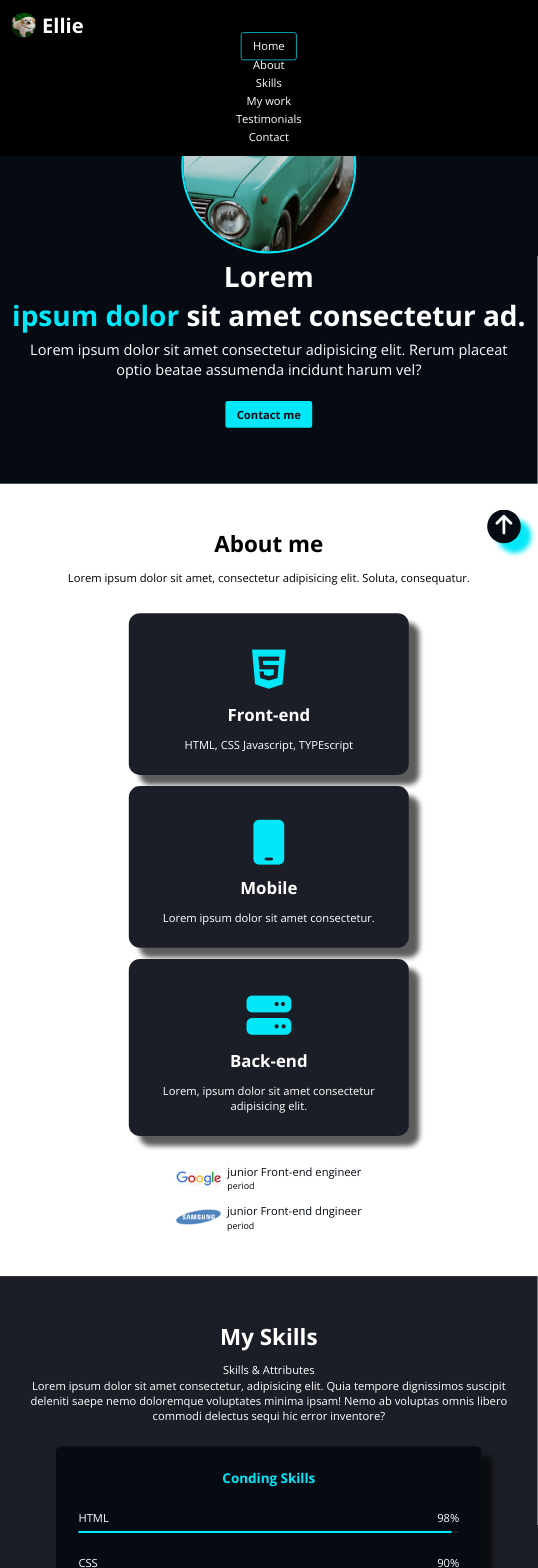
Repository: Arden-Sol/portfolio-website-clone-coding
Page: index.html
An editor plug-in stored every save of this project. The page is shown before and after the next save, followed by the edit.
The browser window is 768 px wide. The pictures show the part of the page from y = 0 to 2240 px (the page is 6133 px tall), at 70% of full size.
Some web libraries are served in a nearby version.

Above is the page before, as saved 2024-03-27 02:44:08.

### index.html
<!DOCTYPE html>
<html lang="en">

<head>
  <meta charset="UTF-8">
  <meta name="viewport" content="width=device-width, initial-scale=1.0">
  <!-- SEO -->
  <title>Arden&#39;s portfolio</title>
  <meta name="description" content="포트폴리오 연습장" />
  <meta name="author" content="arden">
  <link rel="shortcut icon" href="image/favicon.jpg" type="image/x-icon">
  <!-- OG (Open Graph Data) -->
  <meta property="og:title" content="포트폴리오">
  <meta property="og:type" content="website">
  <meta property="og:url" content="배포후 생성된 URL">
  <meta property="og:image" content="배포후 생성된 이미지 URL">
  <!-- Goole Font -->
  <link rel="preconnect" href="https://fonts.googleapis.com">
  <link rel="preconnect" href="https://fonts.gstatic.com" crossorigin>
  <link href="https://fonts.googleapis.com/css2?family=Open+Sans:ital,wght@0,300..800;1,300..800&display=swap"
    rel="stylesheet">
  <!-- Font Awesome -->
  <script src="https://kit.fontawesome.com/4dc9c1b526.js" crossorigin="anonymous"></script>
  <!-- CSS -->
  <link rel="stylesheet" href="css/style.css">
  <!-- Javascript -->
  <script src="src/main.js" defer></script>
</head>

<body>
  <!-- Header -->
  <header class="header">
    <div class="header__logo">
      <img class="header__logo__img" src="image/favicon.jpg" alt="">
      <h1 class="header__logo__title"><a href="#">Ellie</a></h1>
    </div>
    <nav class="header__nav">
      <ul class="header__menu">
        <li><a class="header__menu__item active" href="#home">Home</a></li>
        <li><a class="header__menu__item" href="#about">About</a></li>
        <li><a class="header__menu__item" href="#skills">Skills</a></li>
        <li><a class="header__menu__item" href="#work">My work</a></li>
        <li><a class="header__menu__item" href="#testimonial">Testimonials</a></li>
        <li><a class="header__menu__item" href="#contact">Contact</a></li>
      </ul>
    </nav>
  </header>
  <!-- Main -->
  <main>
    <!-- Home -->
    <section id="home" class="section">
      <img class="home__avatar" src="image/picture.jpg" alt="picture">
      <h2 class="home__title">Lorem <br> <strong class="home__title--strong">ipsum dolor</strong> sit amet consectetur
        ad.</h2>
      <p class="home__description">Lorem ipsum dolor sit amet consectetur adipisicing elit. Rerum placeat optio beatae
        assumenda incidunt harum
        vel?</p>
      <a class="home__contact" href="#contact">Contact me</a>
    </section>
    <!-- About -->
    <section id="about" class="section max-container">
      <h2 class="title">About me</h2>
      <p class="description">Lorem ipsum dolor sit amet, consectetur adipisicing elit. Soluta, consequatur.</p>
      <ul class="majors">
        <li class="major">
          <i class="fa-brands fa-html5 major__icon"></i>
          <p class="major__title">Front-end</p>
          <p>HTML, CSS Javascript, TYPEscript</p>
        </li>
        <li class="major">
          <i class="fa-solid fa-mobile major__icon"></i>
          <p class="major__title">Mobile</p>
          <p>Lorem ipsum dolor sit amet consectetur.</p>
        </li>
        <li class="major">
          <i class="fa-solid fa-server major__icon"></i>
          <p class="major__title">Back-end</p>
          <p>Lorem, ipsum dolor sit amet consectetur adipisicing elit.</p>
        </li>
      </ul>
      <ul class="jobs">
        <li class="job"><img src="image/jobs/google.png" alt="google">
          <div>
            <p class="job__name">junior Front-end engineer</p>
            <p class="job__period">period</p>
          </div>
        </li>
        <li class="job"><img src="image/jobs/samsung.png" alt="samsung">
          <div>
            <p class="job__name">
              junior Front-end dngineer
            </p>
            <p class="job__period">period</p>
          </div>
        </li>
      </ul>
    </section>
    <!-- Skills -->
    <section id="skills" class="section">
      <div class="max-container">
        <h2 class="title">My Skills</h2>
        <p class="description">Skills & Attributes</p>
        <p>Lorem ipsum dolor sit amet consectetur, adipisicing elit. Quia tempore dignissimos suscipit deleniti saepe
          nemo
          doloremque voluptates minima ipsam! Nemo ab voluptas omnis libero commodi delectus sequi hic error inventore?
        </p>
        <div class="skills">
          <section class="skills__coding">
            <h3 class="skills__title">Conding Skills</h3>
            <ul>
              <li class="bar">
                <div class="bar__metadata"><span>HTML</span><span>98%</span></div>
                <div class="bar__bg">
                  <div class="bar__value" style="width: 98%"></div>
                </div>
              </li>
              <li class="bar">
                <div class="bar__metadata"><span>CSS</span><span>90%</span></div>
                <div class="bar__bg">
                  <div class="bar__value" style="width: 20%"></div>
                </div>
              </li>
              <li class="bar">
                <div class="bar__metadata"><span>Javascript</span><span>90%</span></div>
                <div class="bar__bg">
                  <div class="bar__value" style="width: 98%"></div>
                </div>
              </li>
              <li class="bar">
                <div class="bar__metadata"><span>TYPEscript</span><span>80%</span></div>
                <div class="bar__bg">
                  <div class="bar__value" style="width: 98%"></div>
                </div>
              </li>
              <li class="bar">
                <div class="bar__metadata"><span>NodeJs</span><span>78%</span></div>
                <div class="bar__bg">
                  <div class="bar__value" style="width: 98%"></div>
                </div>
              </li>
              <li class="bar">
                <div class="bar__metadata"><span>React</span><span>68%</span></div>
                <div class="bar__bg">
                  <div class="bar__value" style="width: 98%"></div>
                </div>
              </li>
            </ul>
          </section>
          <section class="skills__tools">
            <h3 class="skills__title">Tools</h3>
            <ul>
              <li>Visual Studio Code</li>
              <li>IntelliJ</li>
              <li>Android Studio Code</li>
              <li>iOS dvelopment toos</li>
              <li>Sketch app</li>
            </ul>
          </section>
          <section class="skills__etc">
            <h3 class="skills__title">Etc</h3>
            <ul>
              <li>Git</li>
              <li>Scurm Master</li>
              <li>Math</li>
            </ul>
          </section>
        </div>
      </div>
    </section>
    <!-- Work -->
    <section id="work" class="section">
      <div class="max-container">
        <h2 class="title">My work</h2>
        <p class="description">Projects</p>
        <ul class="categories">
          <li><button class="category category--selected">All <span class="category__count">8</span></button></li>
          <li><button class="category">Front-end <span class="category__count">3</span></button></li>
          <li><button class="category">Back-end <span class="category__count">3</span></button></li>
          <li><button class="category">Mobile <span class="category__count">2</span></button></li>
        </ul>
        <ul class="projects">
          <li class="project">
            <a href="#" target="_blank">
              <img src="image/projects/project1.webp" alt="project8" class="project__img">
              <div class="project__metadata">
                <h3 class="project__title">Project #1</h3>
                <p>Clone Coding with HTML, CSS</p>
              </div>
            </a>
          </li>
          <li class="project"><a href="#" target="_blank"><img src="image/projects/project1.webp" alt="project1"
                class="project__img">
              <div class="project__metadata">
                <h3 class="project__title">Project #1</h3>
                <p>Clone Coding with HTML, CSS</p>
              </div>
            </a></li>
          <li class="project"><a href="#" target="_blank"><img src="image/projects/project2.webp" alt="project2"
                class="project__img">
              <div class="project__metadata">
                <h3 class="project__title">Project #2</h3>
                <p>Clone Coding with HTML, CSS</p>
              </div>
            </a></li>
          <li class="project"><a href="#" target="_blank"><img src="image/projects/project3.webp" alt="project3"
                class="project__img">
              <div class="project__metadata">
                <h3 class="project__title">Project #3</h3>
                <p>Clone Coding with HTML, CSS</p>
              </div>
            </a></li>
          <li class="project"><a href="#" target="_blank"><img src="image/projects/project4.webp" alt="project4"
                class="project__img">
              <div class="project__metadata">
                <h3 class="project__title">Project #4</h3>
                <p>Clone Coding with HTML, CSS</p>
              </div>
            </a></li>
          <li class="project"><a href="#" target="_blank"><img src="image/projects/project5.webp" alt="project5"
                class="project__img">
              <div class="project__metadata">
                <h3 class="project__title">Project #5</h3>
                <p>Clone Coding with HTML, CSS</p>
              </div>
            </a></li>
          <li class="project"><a href="#" target="_blank"><img src="image/projects/project6.webp" alt="project6"
                class="project__img">
              <div class="project__metadata">
                <h3 class="project__title">Project #6</h3>
                <p>Clone Coding with HTML, CSS</p>
              </div>
            </a></li>
          <li class="project"><a href="#" target="_blank"><img src="image/projects/project7.webp" alt="project7"
                class="project__img">
              <div class="project__metadata">
                <h3 class="project__title">Project #7</h3>
                <p>Clone Coding with HTML, CSS</p>
              </div>
            </a></li>
        </ul>
      </div>
    </section>
    <!-- Testimonials -->
    <section id="testimonial" class="section max-container">
      <h2 class="title">Testimonial</h2>
      <p class="description">See what they say about me</p>
      <ul class="testimonials">
        <li class="testimonial"><img class="testimonial__img" src="image/testimonials/people1.webp" alt="people1">
          <div class="testimonial__bubble">
            <p>Lorem ipsum dolor sit amet consectetur adipisicing elit. Veniam ab quasi totam excepturi iure enim iusto
              facilis ut odio facere quaerat, sapiente nesciunt eveniet magnam porro, officiis molestiae, et nobis!</p>
            <p><a class="testimonial__bubble__name" href="#">James Kim</a> /Google</p>
          </div>
        </li>
        <li class="testimonial"><img class="testimonial__img" src="image/testimonials/people2.webp" alt="people2">
          <div class="testimonial__bubble">
            <p>Lorem ipsum dolor sit amet consectetur, adipisicing elit. Deleniti est neque ipsum distinctio accusamus
              expedita molestiae mollitia animi odio quam minus a atque exercitationem quidem nisi, dolores vel quisquam
              ipsa.</p>
            <p><a class="testimonial__bubble__name" href="#">Anna Jin </a>/Samsung</p>
          </div>
        </li>
        <li class="testimonial">
          <img class="testimonial__img" src="image/testimonials/people3.webp" alt="people3">
          <div class="testimonial__bubble">
            <p>Lorem ipsum dolor sit amet consectetur adipisicing elit. Aut rerum quam quae impedit esse atque laborum
              accusantium maxime repudiandae assumenda, perferendis beatae repellat at? Nam, soluta assumenda. Veniam,
              odit possimus?</p>
            <p><a class="testimonial__bubble__name" href="#">Anna Jin </a>/Samsung</p>
          </div>
        </li>
      </ul>
    </section>
    <!-- Arrow up -->
    <aside>
      <a class="arrow-up" href="#home" title="back to top">
        <i class="fa-solid fa-arrow-up"></i></a>
    </aside>
  </main>
  <!-- Footer -->
  <footer id="contact" class="section">
    <div class="max-container">
      <h2 class="title">Let&#39;s talk</h2>
      <p class="description">highhigh222@naver.com</p>
      <ul class="contact__links">
        <li>
          <a class="contact__link" href="#" title="arden github link" target="_blank">
            <i class="fa-brands fa-github"></i>
          </a>
        </li>
        <li>
          <a class="contact__link" href="#" title="arden linkedin link" target="_blank">
            <i class="fa-brands fa-linkedin"></i>
          </a>
        </li>
      </ul>
      <p>Dream Coding ellie - All right reserved</p>
    </div>
  </footer>


</body>

</html>

### css/style.css
/* Global */
:root {
/* App Colors */
--color-primary: var(--color-black);
--color-primary-variant: var(--color-gray);
--color-accent: var(--color-blue);
--color-accent-variant: var(--color-orange);
--color-text: var(--color-white);

  /* Colors */
--color-white: #ffffff;
--color-black: #050a13;
--color-blue: #03e8f9;
--color-orange: #fd6413;
--color-gray: #1b1e26;

/* Size */
--size-max-width: 1200px;
}

*{
  box-sizing: border-box;
}

body {
  margin : 0;
  font-family: 'Open Sans', sans-serif;
}

h1, h2, h3,p,ul {
  margin : 0;

}

ul{
  list-style: none;
  padding: 0;
}
a {
  text-decoration: none;
  color : var(--color-text);
}

button {
  background-color: transparent;
  outline: 0;
  border : 0;
}

button:hover {
  outline: 1px solid var(--color-accent);
}

/* Common */
.section {
  padding: 4rem;
  text-align: center;
}
.title {
  font-size: 2.5;
  margin: 1rem 0;
}
.description {
  font-size: 1.5rem;
}
.max-container {
  max-width: var(--size-max-width);
  margin: auto;
}

/* Header */
.header{
  position:fixed;
  top:0;
  width: 100%;
  display: flex;
  justify-content: space-between;
  align-items: center;
  padding: 1rem;
  background-color: black;
  z-index: 1;
  /* 새롭게 배운 것 */
}
.header__logo {
  display: flex;
  align-items: center;
  gap:8px;
}
.header__logo__img {
  width: 36px;
  height: 36px;
  border-radius: 100%;
}
.header__logo__title {
  font-size: 1.8rem;
}
.header__menu {
  display: flex;
  gap:4px
}
.header__menu__item {
  padding: 8px 16px;
}
.header__menu__item:hover {
  border-bottom:1px solid var(--color-accent)
}
.header__menu__item.active {
  border:1px solid var(--color-accent);
  border-radius: 4px;
}
/* Home */
#home{
  background-color: var(--color-primary);
  color: var(--color-text);
  padding : 5rem 1rem;
  padding-top: 7rem;
  text-align: center;
}
.home__avatar{
  width: 250px;
  height: 250px;
  object-fit:cover;
  border-radius: 100%;
  border:3px solid var(--color-accent);
}
.home__title {
  font-size: 3rem;
  margin-bottom: 1rem;
}
.home__title--strong{
  color: var(--color-accent);
}
.home__description {
  font-size: 1.3rem;
}
.home__contact{
  display: inline-block;
  background-color: var(--color-accent);
  color:var(--color-black);
  padding : 0.5rem 1rem;
  margin: 2rem;
  font-weight: bold;
  border-radius: 4px;
}
.home__contact:hover{
  background-color: transparent;
  color: var(--color-text);
  outline: 2px solid var(--color-accent);
}
/* About me */
.majors{
  display: flex;
  justify-content: space-between;
  gap:1rem;
  margin: 2.5rem 0;
}
.major {
  background-color: var(--color-primary-variant);
  padding: 2rem 1rem;
  width: 30%;
  color: var(--color-text);
  border-radius: 1rem;
  cursor: default;
  box-shadow: 15px 14px 8px 0px rgba(0,0,0,0.64);
}
.major__icon{
  font-size: 4rem;
  margin: 1rem 0;
  color: var(--color-accent);
  transition: all 300ms ease;
}
.major__title{
  font-size: 1.5rem;
  font-weight: bold;
  margin-bottom:1rem;
}
.major:hover .major__icon{
  transform: rotate(-15deg) scale(1.2);
}
.jobs{
  text-align: start;
}
.job {
  display: flex;
  align-items: center;
  gap:8px;
  margin-bottom: 1rem;
}
.job__name {
  color: var(--color-primary);
}
.job__period  {
  color: var(--color-primary);
  font-size: 0.8rem;
}

/* Skills */
#skills {
  background-color: var(--color-primary-variant);
  color: var(--color-text);
}
.skills{
  display: grid;
  grid-template-columns: 6fr 4fr;
  margin: 2rem 3rem;
  border-radius: 8px;
  overflow: hidden;
  box-shadow: 15px 14px 8px 0px rgba(0,0,0,0.64);
}
.skills__title {
  color: var(--color-accent);
  margin: 1rem 0;
  font-size: 1.2rem;
}

.skills__coding{
  background-color: var(--color-primary);
  grid-row: span 2;
  padding: 1rem;
}
.skills__tools{
padding: 1rem;
}
.skills__etc{
  background-color: var(--color-primary);
  padding: 1rem;
  filter: brightness(150%);
}
.bar {
  display: flex;
  flex-direction: column;
  padding: 1rem;
  gap: 0.5rem;
}
.bar__metadata{
  display: flex;
  justify-content: space-between;
}
.bar__bg{
  width: 100%;
  height: 3px;
  background-color: var(--color-primary-variant);
}
.bar__value{
  height: 3px;
  background-color: var(--color-accent);
}

/* Word */
#work{
  background-color: var(--color-primary);
  color: var(--color-text);
}
.categories{
  display: flex;
  justify-content: center;
  margin: 2.5rem;
  gap: 1rem;
}
.category{
  position: relative;
  color: var(--color-text);
  font-size: 1.1rem;
  padding: 0.5rem 3rem;
  border-radius: 4px;
  border: 1px solid var(--color-accent);
  cursor: pointer;
  white-space: nowrap;
  /* 새롭게 배운 것 */
}
.category--selected {
  background-color: var(--color-accent);
  color: var(--color-primary);
}
.category__count{
  opacity: 0;
  position: absolute;
  top: -20px;
  right: 16px;
  width: 28px;
  height: 28px;
  line-height: 28px;
  border-radius: 100%;
  background-color: var(--color-accent-variant);
  color: var(--color-text);
  transition: all 250ms ease-in;
}
.category--selected .category__count,
.category:hover .category__count{
  opacity: 1;
  top: 0;
}

.projects {
  display: grid;
  grid-template-columns: repeat(4, 1fr);
  grid-template-rows: repeat(2, 1fr);
  gap: 1rem;
}
.project{
  position: relative;
  border-radius: 8px;
  overflow: hidden;
}
.project__img{
  width: 100%;
}
.project__metadata{
  position: absolute;
  top: 0;
  right: 0;
  width: 100%;
  height: 100%;
  background-color: var(--color-black);
  opacity: 0;
  display: flex;
  flex-direction: column;
  justify-content: center;
  align-items: center;
  transition: all 250ms ease-in;
  transform: translateY(-10px);
}
.project__metadata:hover {
  opacity: 0.8;
  transform: translateY(0px);
}
.project__title:after {
  content:'';
  display: block;
  position: relative;
  left: 50%;
  width: 50px;
  height: 2px;
  background-color: var(--color-accent);
  transform: translateX(-50%);
  margin: 0.5rem 0;
  /* 꾸미기용 가상요소 */
}

/* Testimonial */
.testimonials {
  margin: 3rem;

}
.testimonial{
  display: flex;
  gap:2rem;
  margin-bottom: 2rem;
  align-items: center;
}
.testimonial:nth-child(even) .testimonial__img{
  order:1;
}
.testimonial__img{
  width: 150px;
  height: 150px;
  border-radius: 100%;
  box-shadow: 15px 14px 8px 0px rgba(0,0,0,0.64);
}
.testimonial__bubble{
  box-shadow: 15px 14px 8px 0px rgba(0,0,0,0.64);
  padding: 1rem;
  border-radius: 8px;
}
.testimonial__bubble__name{
  color: var(--color-accent);
  font-weight: bold;
  filter: brightness(70%);
}

/* Arrow up */
.arrow-up{
  background-color: var(--color-primary);
  position: fixed;
  bottom: 3rem;
  right: 3rem;
  font-size: 3rem;
  width: 4.5rem;
  height: 4.5rem;
  border-radius: 100%;
  text-align: center;
  box-shadow: 15px 14px 8px 0px var(--color-accent);
}

/* Footer */
#contact{
  background-color: var(--color-primary);
  color: var(--color-text);
}
.contact__links {
  display: flex;
  justify-content: center;
  gap: 1rem;
  padding: 1rem;
  font-size: 2rem;
}
.contact__link {
  transition: color 250ms ease-in;

}
.contact__link:hover{
  color: var(--color-accent);
}

@media screen and (max-width: 768px){
  .section {
    padding: 3rem 2rem;
  }
  .title {
    font-size: 2rem;
  }
.description {
  font-size: 1rem;
}
.header{
  flex-direction: column;
  align-items: start;
}
.header__menu{
  flex-direction: column;
  text-align: center;
}
.header__nav{
  width: 100%;
}
#home{
  padding-bottom: 3rem;
}
.home__title {
font-size: 2.5rem;
margin-bottom: 0.5rem;
}
.majors{
  flex-direction: column;
  align-items: center;
}
.major{
  max-width:25rem;
  width: 100%;
}
.job{
  justify-content: center;
}
.skills{
  grid-template-columns: 1fr;
}
.categories{
  flex-direction: column;
}
.category{
  width: 100%;
}
.projects{
  grid-template-columns: repeat(2, 1fr);
}
.testimonial{
  flex-direction: column;
}
.testimonial:nth-child(even) .testimonial__img{
  order:0;
}
.arrow-up{
  font-size: 2rem;
  width: 3rem;
  height: 3rem;
  bottom: 1.5rem;
  right: 1.5rem;
}
}

Loaded but not shown: src/main.js (common file)

After the next save:
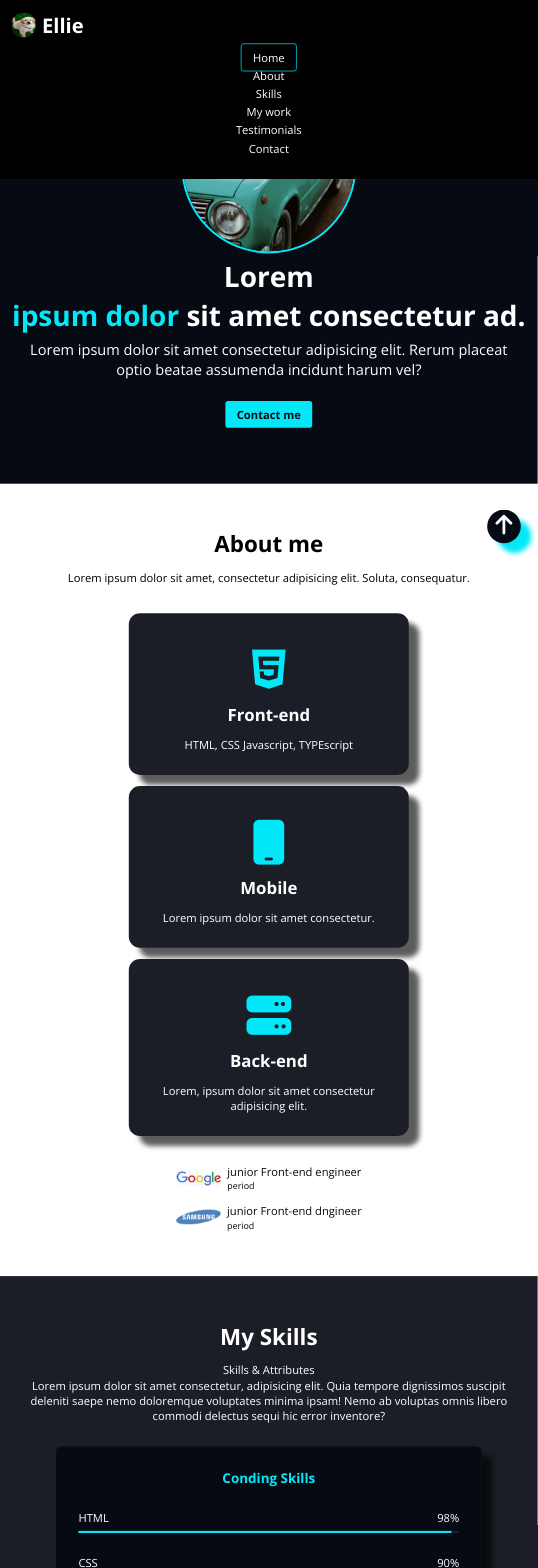
Saved 14 s later.
--- a/css/style.css
+++ b/css/style.css
@@ -419,6 +419,7 @@
 .header__menu{
   flex-direction: column;
   text-align: center;
+  padding: 1rem 4rem;
 }
 .header__nav{
   width: 100%;
